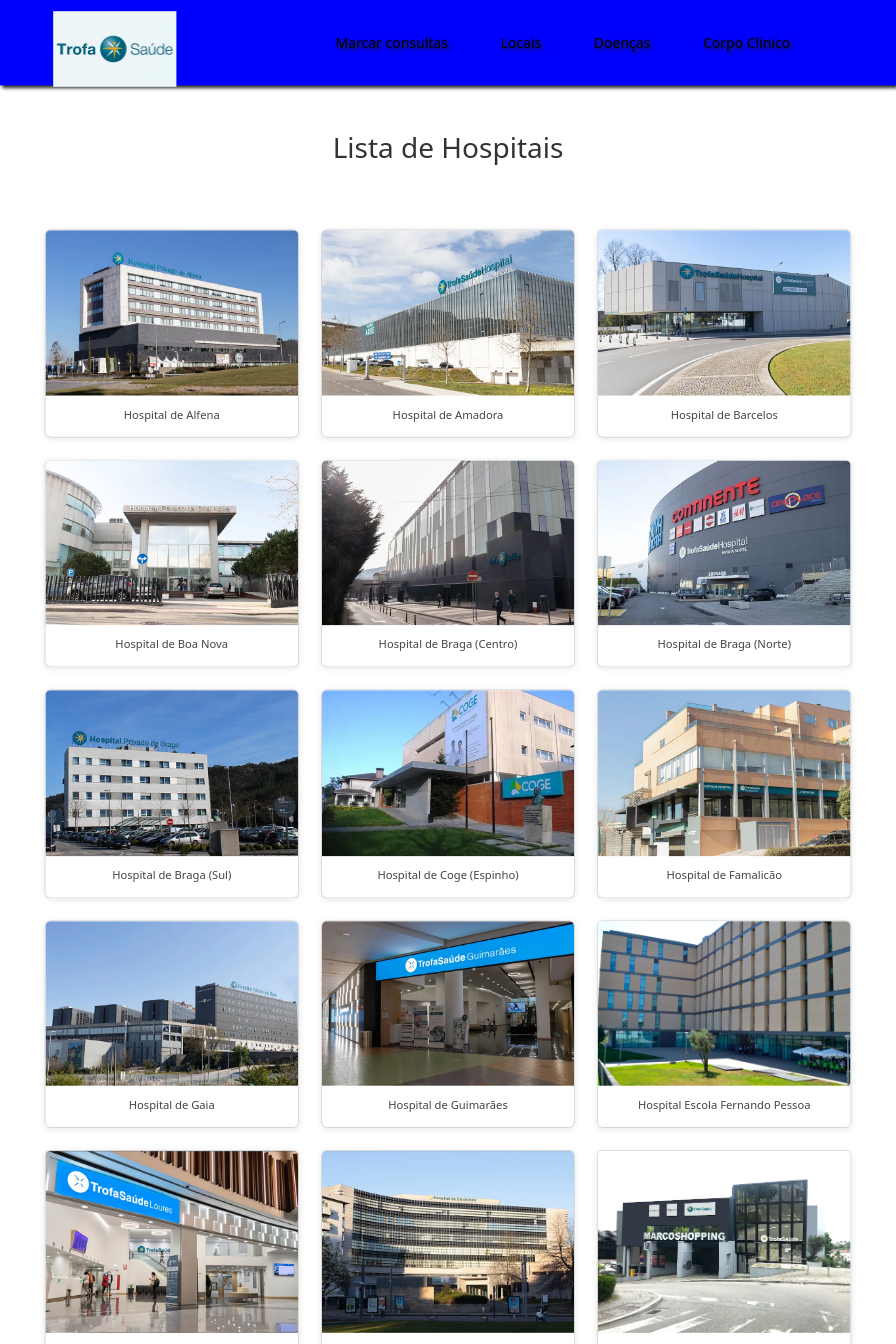
Repository: Joao-Carolo/teste
Page: 2.html
The author's editor kept a copy of each file at every save. The page is drawn from the files as they stood at one save, then again after the next save.
The browser window is 1280 px wide. The pictures show the part of the page from y = 0 to 1920 px (the page is 3090 px tall), at 70% of full size.

Above is the page before, as saved 2025-08-01 11:49:41.
Console error: TypeError: Cannot read properties of null (reading 'addEventListener')

### 2.html
<!DOCTYPE html>
<html lang="en">

<head>
  <meta charset="UTF-8">
  <meta name="viewport" content="width=device-width, initial-scale=1.0">
  <title>Lista de Hospitais</title>
  <link href="https://cdn.jsdelivr.net/npm/bootstrap@5.3.7/dist/css/bootstrap.min.css" rel="stylesheet"
    integrity="sha384-LN+7fdVzj6u52u30Kp6M/trliBMCMKTyK833zpbD+pXdCLuTusPj697FH4R/5mcr" crossorigin="anonymous">
  <link rel="stylesheet" href="./css/style.css">
</head>

<body>
  <header>
    <a href="index.html"><img id=logo src="./imagens/hospitais_gts_preferidos_portugueses_2.jpg" alt="logo"
        href="index.html"></a>
    <ul class="menu">
      <li><a href="1.html">Marcar consultas</a></li>
      <li><a href="2.html">Locais</a></li>
      <li><a href="3.html">Doenças</a></li>
      <li><a href="4.html">Corpo Clínico</a></li>
  </header>
  <main>
    <h1>Lista de Hospitais</h1>
    <div class="card-grid">
      <div class="card">
        <img src="./imagens/Alfena.webp" alt="Hospital de Alfena">
        <p>Hospital de Alfena</p>
      </div>
      <div class="card">
        <img src="./imagens/Amadora.webp" alt="Hospital de Amadora">
        <p>Hospital de Amadora</p>
      </div>
      <div class="card">
        <img src="./imagens/Barcelos.webp" alt="Hospital de Barcelos">
        <p>Hospital de Barcelos</p>
      </div>
      <div class="card">
        <img src="./imagens/Boa-Nova.webp" alt="Hospital de Boa Nova">
        <p>Hospital de Boa Nova</p>
      </div>
      <div class="card">
        <img src="./imagens/Braga-Centro.webp" alt="Hospital de Braga (Centro)">
        <p>Hospital de Braga (Centro)</p>
      </div>
      <div class="card">
        <img src="./imagens/Braga-Norte.webp" alt="Hospital de Braga (Norte)">
        <p>Hospital de Braga (Norte)</p>
      </div>
      <div class="card">
        <img src="./imagens/Braga-Sul.webp" alt="Hospital de Braga (Sul)">
        <p>Hospital de Braga (Sul)</p>
      </div>
      <div class="card">
        <img src="./imagens/coge.webp" alt="Hospital de Coge (Espinho)">
        <p>Hospital de Coge (Espinho)</p>
      </div>
      <div class="card">
        <img src="./imagens/Famalicao.webp" alt="Hospital de Famalicão">
        <p>Hospital de Famalicão</p>
      </div>
      <div class="card">
        <img src="./imagens/Gaia.webp" alt="Hospital de Gaia">
        <p>Hospital de Gaia</p>
      </div>
      <div class="card">
        <img src="./imagens/Guimaraes.webp" alt="Hospital de Guimarães">
        <p>Hospital de Guimarães</p>
      </div>
      <div class="card">
        <img src="./imagens/fachada.webp" alt="Hospital Escola Fernando Pessoa">
        <p>Hospital Escola Fernando Pessoa</p>
      </div>
      <div class="card">
        <img src="./imagens/Loures.webp" alt="Hospital de Loures">
        <p>Hospital de Loures</p>
      </div>
      <div class="card">
        <img src="./imagens/Maia.webp" alt="Hospital de Maia">
        <p>Hospital de Maia</p>
      </div>
      <div class="card">
        <img src="./imagens/Marcoshopping.webp" alt="Hospital de Marco Canaveses">
        <p>Hospital de Marco Canaveses</p>
      </div>
      <div class="card">
        <img src="./imagens/Ovar.webp" alt="Hospital de Ovar">
        <p>Hospital de Ovar</p>
      </div>
      <div class="card">
        <img src="./imagens/SJM.webp" alt="Hospital de São João da Madeira">
        <p>Hospital de São João da Madeira</p>
      </div>
      <div class="card">
        <img src="./imagens/smf-hospitais-2.webp" alt="Hospital de Santa Maria da Feira">
        <p>Hospital de Santa Maria da Feira</p>
      </div>
      <div class="card">
        <img src="./imagens/Hospital-Central.webp" alt="Hospital de Senhor do Bonfim">
        <p>Hospital de Senhor do Bonfim</p>
      </div>
      <div class="card">
        <img src="./imagens/Trofa.webp" alt="Hospital de Trofa">
        <p>Hospital de Trofa</p>
      </div>
      <div class="card">
        <img src="./imagens/valenca-hospitais.webp" alt="Hospital de Valença">
        <p>Hospital de Valença</p>
      </div>
      <div class="card">
        <img src="./imagens/Enscape_2023-07-04-17-28-56_CAMERA-5-2048x870.webp" alt="Hospital de Vila do Conde">
        <p>Hospital de Vila do Conde</p>
      </div>
      <div class="card">
        <img src="./imagens/Vila-Real.webp" alt="Hospital de Vila Real">
        <p>Hospital de Vila Real</p>
      </div>
    </div>
  </main>
  <script>
    const hamburger = document.getElementById('hamburger');
    const sideMenu = document.getElementById('sideMenu');

    hamburger.addEventListener('click', () => {
      sideMenu.classList.toggle('open');
    });
  </script>
  <script src="https://cdn.jsdelivr.net/npm/bootstrap@5.3.7/dist/js/bootstrap.bundle.min.js"
    integrity="sha384-ndDqU0Gzau9qJ1lfW4pNLlhNTkCfHzAVBReH9diLvGRem5+R9g2FzA8ZGN954O5Q"
    crossorigin="anonymous"></script>
  <script src="https://cdn.jsdelivr.net/npm/@popperjs/core@2.11.8/dist/umd/popper.min.js"
    integrity="sha384-I7E8VVD/ismYTF4hNIPjVp/Zjvgyol6VFvRkX/vR+Vc4jQkC+hVqc2pM8ODewa9r"
    crossorigin="anonymous"></script>
  <script src="https://cdn.jsdelivr.net/npm/bootstrap@5.3.7/dist/js/bootstrap.min.js"
    integrity="sha384-7qAoOXltbVP82dhxHAUje59V5r2YsVfBafyUDxEdApLPmcdhBPg1DKg1ERo0BZlK"
    crossorigin="anonymous"></script>
</body>

</html>

### css/style.css
body {
  margin: 0;
  font-size: 20px;
  min-height: 100vh;
}

#logo {
  height: 15vh;
}

header {
  z-index: 10;
  display: flex;
  flex-flow: row wrap;
  justify-content: space-around;
  align-items: center;
  background-color: blue;
  padding: 1rem;
  box-shadow: 3px 3px 5px #212221;
  height: 17vh;
  position: sticky;
  top: 0px
}

.preto {
  color: black;
}

.menu {
  display: flex;
  justify-content: space-evenly;
  width: auto;
  min-width: 65vw;
}

.menu>li {
  list-style-type: none;
}

.menu>li>a {
  text-decoration: none;
  color: black;
  text-shadow: 3px 3px 5px #212221;
}

.background {
  background-image: url("../imagens/iStock-929930552-1024x683.webp");
  width: 100%;
  height: 83vh;
  background-size: cover;
  background-position: center;
}

main h1 {
  margin-top: 4rem;
  text-align: center;
  margin-bottom: 30px;
  color: #333;
}

main #ver {
  background-color: #0056b3;
}

/* Cards */
.card-grid {
  display: grid;
  grid-template-columns: repeat(auto-fill, minmax(350px, 1fr));
  gap: 2rem;
  padding: 4rem;
}

.card {
  background-color: #fff;
  border-radius: 8px;
  overflow: hidden;
  box-shadow: 0 2px 10px rgba(0, 0, 0, 0.1);
  text-align: center;
  transition: transform 0.3s ease, box-shadow 0.3s ease;
  cursor: pointer;
}

.card:hover {
  transform: scale(1.05);
  box-shadow: 0 4px 20px rgba(0, 0, 0, 0.2);
}

.card img {
  width: 100%;
  height: 80%;
  object-fit: cover;
  display: block;
}

.card p {
  padding: 15px;
  margin: 0;
  font-size: 16px;
  color: #444;
  font-weight: 500;
}

/* Appointment */
.form-container {
  background-color: #fff;
  padding: 30px 40px;
  border-radius: 10px;
  box-shadow: 0 5px 15px rgba(0, 0, 0, 0.1);
  max-width: 80%;
  margin: 4rem auto;
}

#o {
  text-align: center;
  margin-bottom: 25px;
  color: #333;
}

form {
  display: flex;
  flex-direction: column;
}

label {
  margin-top: 15px;
  font-weight: bold;
  color: #444;
}

input,
select,
textarea {
  margin-top: 5px;
  padding: 10px;
  border: 1px solid #ccc;
  border-radius: 6px;
  font-size: 16px;
}

button {
  margin-top: 25px;
  padding: 12px;
  background-color: #007bff;
  color: white;
  font-size: 16px;
  border: none;
  border-radius: 6px;
  cursor: pointer;
  transition: background-color 0.3s;
}

button:hover {
  background-color: #0056b3;
}

.fake-success-msg {
  display: none;
  /* Só para mostrar visualmente que "enviou" */
  margin-top: 20px;
  color: green;
  font-weight: bold;
  text-align: center;
}

/* Para mostrar a mensagem mesmo sem JS, simulação */
form:hover .fake-success-msg {
  display: block;
}

/* Ocultar o menu normal em telas pequenas */
@media (max-width: 750px) {
  .menu {
    display: none;
  }
}

/* Hamburguer base */
.hamburger {
  cursor: pointer;
  width: 30px;
  height: 22px;
  display: flex;
  flex-direction: column;
  justify-content: space-between;
  position: absolute;
  right: 20px;
  top: 1.5rem;
  z-index: 1100;
}

.hamburger span {
  height: 4px;
  width: 100%;
  background: white;
  border-radius: 2px;
}

/* Menu lateral */
.side-menu {
  position: fixed;
  top: 0;
  left: -250px;
  width: 250px;
  height: 100%;
  background-color: #003366;
  color: white;
  padding-top: 60px;
  transition: left 0.3s ease-in-out;
  z-index: 1050;
}

.side-menu ul {
  list-style: none;
  padding: 0;
  margin: 0;
}

.side-menu li {
  padding: 15px 20px;
  border-bottom: 1px solid #004080;
}

.side-menu li a {
  color: white;
  text-decoration: none;
  font-size: 18px;
}

.side-menu.open {
  left: 0;
}

After the next save:
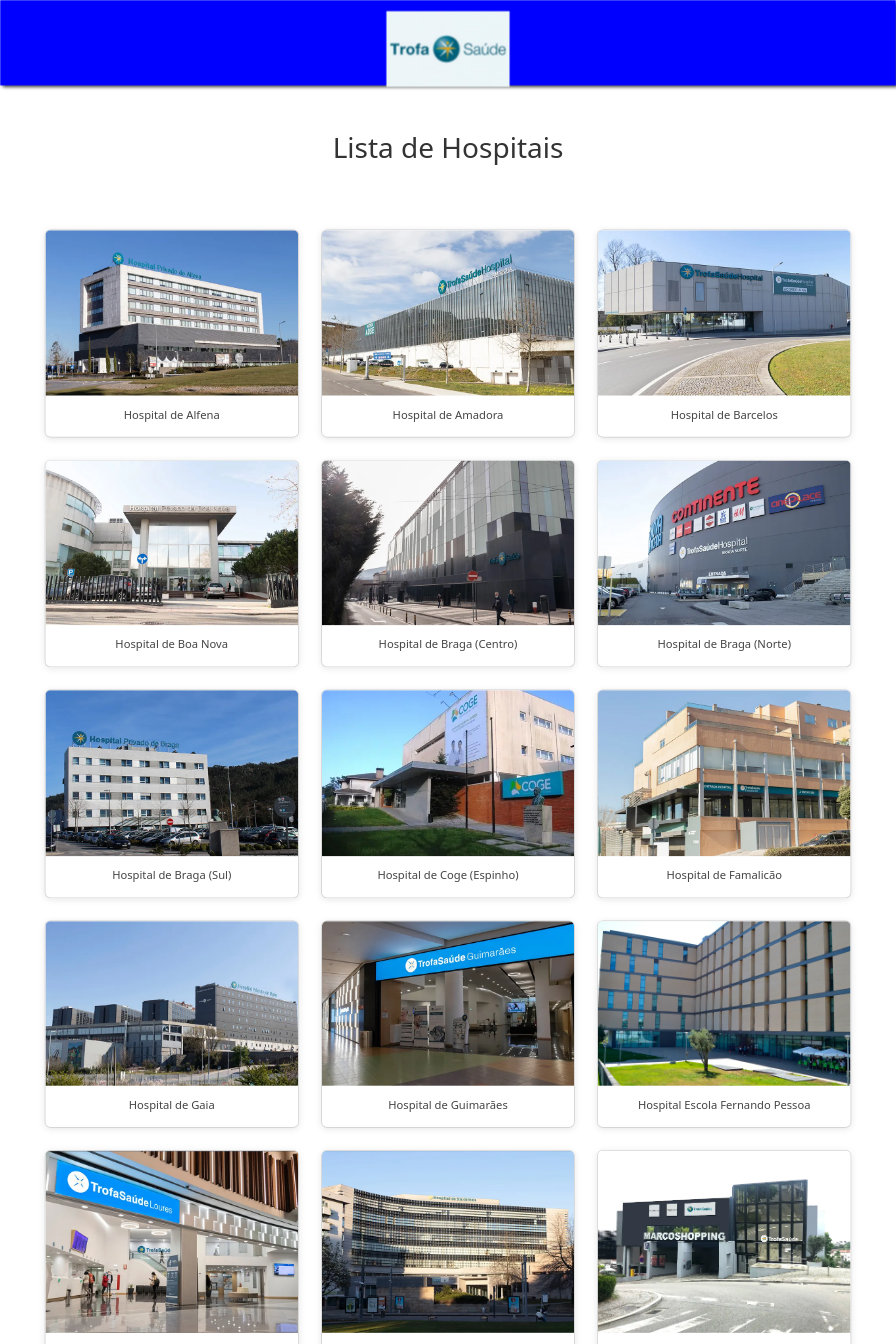
The error is gone.
Saved 28 s later.
--- a/2.html
+++ b/2.html
@@ -14,11 +14,23 @@
   <header>
     <a href="index.html"><img id=logo src="./imagens/hospitais_gts_preferidos_portugueses_2.jpg" alt="logo"
         href="index.html"></a>
-    <ul class="menu">
-      <li><a href="1.html">Marcar consultas</a></li>
-      <li><a href="2.html">Locais</a></li>
-      <li><a href="3.html">Doenças</a></li>
-      <li><a href="4.html">Corpo Clínico</a></li>
+    <!-- Botão do menu hamburguer -->
+    <div class="hamburger d-lg-none" id="hamburger">
+      <span></span>
+      <span></span>
+      <span></span>
+    </div>
+
+    <!-- Menu lateral (hidden por default) -->
+    <nav class="side-menu" id="sideMenu">
+      <ul>
+        <li><a href="1.html">Marcar consultas</a></li>
+        <li><a href="2.html">Locais</a></li>
+        <li><a href="3.html">Doenças</a></li>
+        <li><a href="4.html">Corpo Clínico</a></li>
+      </ul>
+    </nav>
+  </header>
   </header>
   <main>
     <h1>Lista de Hospitais</h1>
